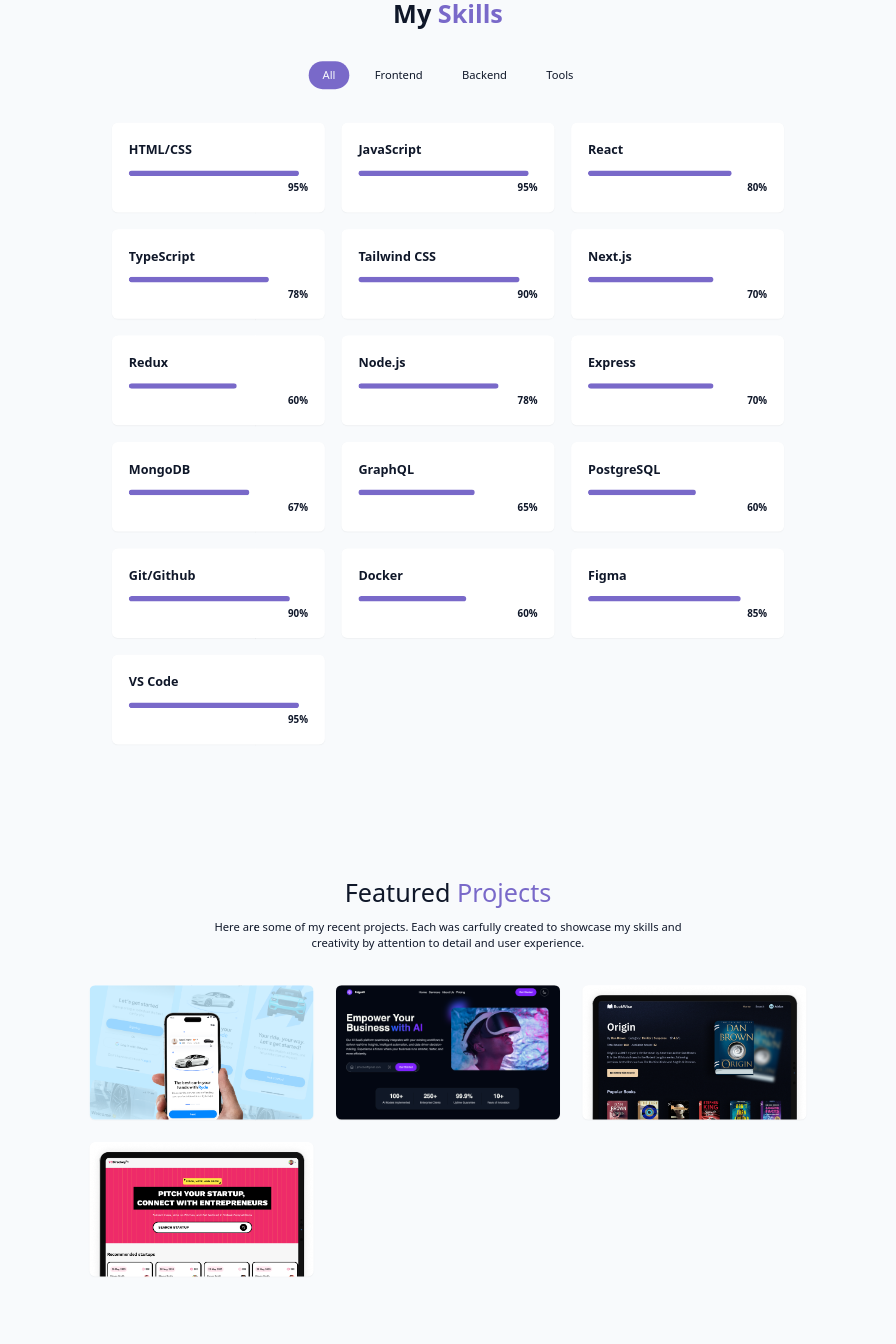
Repository: mOzariffard/Portfolio
Page: /
These files come from the project's save history. The page is drawn as it stood at one moment and after the next save; the edit follows.
The browser window is 1280 px wide. The pictures show the part of the page from y = 1648 to 3568 px (the page is 3568 px tall), at 70% of full size.
The project was rebuilt for these pictures with package versions that can differ from the ones it lists, and the page was loaded fresh each time. Also part of the build but not shown: vite.config.js, src/pages/NotFound.jsx.

Above is the page before, as saved 2025-06-29 19:48:41.

### src/App.jsx
import  Home from "./pages/Home"
import { BrowserRouter, Route, Routes } from "react-router-dom"
import NotFound from "./pages/NotFound"


function App() {

  return (
    <>
    <BrowserRouter>
    <Routes>
      <Route index element={<Home />} />
      <Route path="*" element={<NotFound />} />
    </Routes>
    </BrowserRouter>
    </>
  )
}

export default App

### src/pages/Home.jsx
import React from 'react'
import ThemeToggle from '@/components/ThemeToggle'
import StartBackground from '@/components/StartBackground'
import Navbar from '@/components/Navbar'
import HeroSection from '@/components/HeroSection'
import AboutSection from '@/components/AboutSection'
import SkillsSection from '@/components/SkillsSection'
import ProjectSection from '@/components/ProjectSection'

const Home = () => {
  return (
    <div className='min-h-screen bg-background text-foreground overflow-x-hidden'>
        {/*----------------Theme Toggle----------------*/}
        <ThemeToggle />
        {/*----------------Background Effects----------------*/}
        <StartBackground/>
        {/*----------------Nav Bar----------------*/}
        <Navbar/>
        {/*----------------Main Content----------------*/}
        <main>
        <HeroSection />
        <AboutSection />
        <SkillsSection />
        <ProjectSection />
        </main>
        {/*----------------Footer----------------*/}


    </div>
  )
}

export default Home

### src/components/ThemeToggle.jsx
import React, { useEffect, useState } from 'react'
import { Sun, Moon } from 'lucide-react'
import { cn } from '@/lib/utils';
const ThemeToggle = () => {
    const [isDarkMode, setIsDarkMode]= useState(false);

    useEffect(()=>{
        const storedTheme= localStorage.getItem('theme');
        if(storedTheme=== 'dark'){
            setIsDarkMode(true);
            document.documentElement.classList.add('dark');
        }else{
            localStorage.setItem('theme', 'light');
            setIsDarkMode(false);
        }
    },[])
    const toggleTheme=()=>{
        if(isDarkMode){
            document.documentElement.classList.remove('dark');
            localStorage.setItem('theme', 'light');
            setIsDarkMode(false);
        }else{
            document.documentElement.classList.add('dark');
            localStorage.setItem('theme', 'dark');
            setIsDarkMode(true);
        }
    }
  return (
    <button onClick={toggleTheme} className={cn(
        "fixed max-sm:hidden top-5 right-5 z-50 p-2 rounded-full transition-colors duration-300",
        "focus:outline-hidden")}>
        {isDarkMode ? <Sun className='h-6 w-6 text-yellow-300'/> : <Moon className='h-6 w-6 text-blue-900' />}
    </button>
  )
}

export default ThemeToggle

### src/components/StartBackground.jsx
import React, { useEffect, useState } from 'react'

// START has
// ID , SIZE , X , Y , OPACITY , ANIMATION DURATION
// METEOR has
// ID , SIZE , X , Y , DELAY , DURATION

const StartBackground = () => {
    const [stars,setStars]=useState([]);
    const [meteors,setMeteors]=useState([]);

    useEffect(()=>{
        generateStars();
        generateMeteors();

        const handleResize = ()=>{
            generateStars();
        };

        window.addEventListener('resize', handleResize);

        return ()=> window.removeEventListener('resize', handleResize);

    },[])

    const generateStars = () =>{
        const numbersOfStars = Math.floor(window.innerWidth * window.innerHeight /10000);

        const newStars=[];

        for(let i=0; i<numbersOfStars; i++){
            newStars.push({
                id: i,
                size: Math.random()* 3 + 1,
                x: Math.random()*100 ,
                y:  Math.random()*100,
                opacity: Math.random()*0.5 +0.5 ,
                animationDuration: Math.random()*4+2 ,
            });
        }

        setStars(newStars);
    };

    const generateMeteors = () =>{
        const numbersOfMeteors = 4;

        const newMeteors=[];

        for(let i=0; i<numbersOfMeteors; i++){
            newMeteors.push({
                id: i,
                size: Math.random()* 2 + 1,
                x: Math.random()* 100 ,
                y:  Math.random()* 20,
                delay: Math.random()* 15 ,
                animationDuration: Math.random()*3+3 ,
            });
        }

        setMeteors(newMeteors);
    };


  return (
    <div className='fixed inset-0 overflow-hidden pointer-events-none z-0 '>
        {stars.map((star)=>(
            <div
            key={star.id}
                className='star animate-pluse-subtle' style={{
                width:`${star.size}px` ,
                height: `${star.size}px`,
                left: `${star.x}%`,
                top: `${star.y}%`,
                opacity:`${star.opacity}` ,
                animationDuration: `${star.animationDuration}s`
            }} />
        ))}

        {meteors.map((meteor)=>(
            <div
            className='meteor animate-meteor'
            key={meteor.id}
            style={{
                width: `${meteor.size* 50}px`,
                height: `${meteor.size * 2}px`,
                left: `${meteor.x}%`,
                top: `${meteor.y}%`,
                animationDelay: `${meteor.delay}`,
                animationDuration: `${meteor.duration}s`
            }}
            />
        ))}
    </div>
  )
}

export default StartBackground

### src/components/Navbar.jsx
import React, { useState, useEffect } from 'react';
import { cn } from '@/lib/utils';
import { X , Menu } from 'lucide-react';

const navItems = [
    { name: 'Home', href: '#hero' },
    { name: 'About', href: '#about' },
    { name: 'Skills', href: '#skills' },
    { name: 'Project', href: '#project' },
    { name: 'Contact', href: '#contact' },
];

const Navbar = () => {
    const [isScrolled, setIsScrolled] = useState(false);
    const [isMenuOpen, setIsMenuOpen] = useState(false);

    useEffect(() => {
        const handleScroll = () => {
            setIsScrolled(window.scrollY > 10);
        };

        window.addEventListener('scroll', handleScroll);

        return () => window.removeEventListener('scroll', handleScroll);
    }, []);

    return (
        <nav
            className={cn(
                'fixed w-full z-40 transition-all duration-300',
                isScrolled ? 'py-3 bg-background/80 backdrop-blur-md shadow-xs' : 'py-6'
            )}
        >
            <div className="container flex items-center justify-between">
                <a href="#hero" className="text-xl font-bold text-primary flex items-center">
                    <span className="relative z-10">
                        <span className="text-glow text-foreground">mOzariffard</span> Portfolio
                    </span>
                </a>

                {/* DESKTOP NAV */}
                <div className="hidden md:flex space-x-6">
                    {navItems.map((item, key) => (
                        <a
                            key={key}
                            href={item.href}
                            className="text-foreground/80 hover:text-primary transition-colors duration-300"
                        >
                            {item.name}
                        </a>
                    ))}
                </div>

                {/* MOBILE NAV */}
                <button onClick={() => setIsMenuOpen((prev)=> !prev)}
                className='md:hidden p-2 text-foreground z-50'
                aria-label={!isMenuOpen ? 'Close Menu': 'Open Menu'}
                >
                {isMenuOpen ? <X size={24} /> : <Menu size={24} />}
                </button>

                <div
                    className={cn(
                        'fixed inset-0 bg-background/90 backdrop-blur-md z-40 flex flex-col items-center justify-center',
                        'transition-all duration-300 md:hidden',
                        isMenuOpen ? 'opacity-100 pointer-events-auto' : 'opacity-0 pointer-events-none'
                    )}
                >
                    <div className="flex flex-col space-y-8 text-xl">
                        {navItems.map((item, key) => (
                            <a
                                key={key}
                                href={item.href}
                                className="text-foreground/80 hover:text-primary transition-colors duration-300"
                                onClick={() => setIsMenuOpen(false)}
                            >
                                {item.name}
                            </a>
                        ))}
                    </div>
                </div>
            </div>
        </nav>
    );
};

export default Navbar;

### src/components/HeroSection.jsx
import { ArrowDown } from 'lucide-react'
import React from 'react'

const HeroSection = () => {
  return (
    <section className='relative min-h-screen flex flex-col items-center justify-center px-4'>
        <div className='container max-w-4xl mx-auto text-center z-10'>
            <div className='space-y-6'>
                <h1 className='text-4xl md:text-6xl font-bold tracking-tight'>
                <span className='opacity-0 animate-fade-in' >Hi, I'm</span>
                <span className='text-primary opacity-0 animate-fade-in-delay-1'> Reza</span>
                <span className='text-gradient ml-2 opacity-0 animate-fade-in-delay-2'> Zariffard</span>
                </h1>
                <p className='text-lg md:text-xl text-muted-foreground max-2-2xl mx-auto opacity-0 animate-fade-in-delay-3'>
                    I create steller web experiences with modern technologies.
                    Specializing in front-end development, I build intesfacet
                    that are both beautiful and functional.
                </p>
                <div className='pt-4 opacity-0 animate-fade-in-delay-4'>
                    <a href="#projects" className='cosmic-button'> View My Work</a>
                </div>
            </div>
        </div>

        <div className='absolute bottom-8 left-1/2 transform -translate-x-1/2 flex flex-col items-center animate-bounce'>
        <span className='text-sm text-muted-forgeround mb-2'> Scroll</span>
        <ArrowDown className='h-5 w-5 text-primary'/>
        </div>
    </section>
  )
}

export default HeroSection

### src/components/AboutSection.jsx
import React from 'react'
import { Briefcase, Code, User } from 'lucide-react'

const AboutSection = () => {
  return (
    <section id='about' className='py-24 px-4 relative'>
      <div className='container mx-auto max-w-5xl'>
        <h2 className='text-3xl md:text-4xl font-bold mb-12 text-center'>
          About <span className='text-primary'>Me</span>
        </h2>


      <div className='grid grid-cols-1 md:grid-cols-2 gap-12 items-center'>
       {/* LEFT SIDES OF ABOUT */}
        <div className='space-y-6'>
          <h3 className='text-2xl font-semibold'>
            Passionate Web Developer & Tech Creator
          </h3>

          <p className='text-muted-foreground'>
            With over 4 years of experience in Web development,
            I specialize in creating dynamic and responsive web applications.
            My journey began with a fascination for technology and a desire to
            build impactful digital solutions. I thrive on
            challenges and continuously seek to expand my skill set.
          </p>

          <p className='text-muted-foreground'>
            I'm passioate about creating elegant solutions to complex
            problems, and I enjoy collaborating with others to bring innovative.
            I'm constantly learning new technologes and techniques to stay at the forefont
            of the ever-evolving web development landscape.
          </p>

          <div className='flex flex-col sm:flex-row gap-4 pt-4 justify-center '>
          <a href="#contanct" className='cosmic-button'>
            Get In Touch
          </a>

          <a href="" className='px-4 py-2 rounded-full border border-primary text-primary hover:bg-primary/20 transition-colors duration-300'>
            Download CV
          </a>
        </div>
        </div>
        {/* RIGHT SIDES OF ABOUT */}

        <div className='grid grid-cols-1 gap-6'>
          {/* FIRST BOX OF ABOUT  PAGE */}
          <div className='gradient-border p-3 card-hover'>
           {/* POSITION OF ICON */}
            <div className='flex items-start gap-4'>
              <div className='p-3 rounded-full bg-primary/10'>
              <Code className='text-primary' />
              </div>
              {/* CONTENT OF LEFT SIDE OF ABOUT IN FIRST BOX  */}
              <div className='text-left'>
                <h4 className='font-semibold text-lg'> Web Development </h4>

                <p className='text-muted-foreground'>
                  Creating responsive and dynamic web applications using modern technologies like React, Node.js, and more.
                </p>
              </div>
            </div>
          </div>

           {/* SECOND BOX OF ABOUT  PAGE */}
          <div className='gradient-border p-3 card-hover'>
              {/* POSITION OF ICON */}
          <div className='flex items-start gap-4'>
              <div className='p-3 rounded-full bg-primary/10'>
              <User className='text-primary' />
              </div>
              {/* CONTENT OF LEFT SIDE OF ABOUT IN SECOND BOX  */}
              <div className='text-left'>
                <h4 className='font-semibold text-lg'> UI/UX Design  </h4>

                <p className='text-muted-foreground'>
                  Designing intuitive user interfaces and enhancing user experiences through thoughtful design principles and usability testing.
                </p>
              </div>
            </div>
          </div>
          {/* THIRD BOX OF ABOUT  PAGE */}
          <div className='gradient-border p-3 card-hover'>
              {/* POSITION OF ICON */}
             <div className='flex items-start gap-4'>
              <div className='p-3 rounded-full bg-primary/10'>
              <Briefcase className='text-primary' />
              </div>
              {/* CONTENT OF LEFT SIDE OF ABOUT IN THIRD BOX  */}
              <div className='text-left'>
                <h4 className='font-semibold text-lg'> Project Management</h4>

                <p className='text-muted-foreground'>
                Leading project teams to deliver high-quality software solutions on time and within budget.
                </p>
              </div>
            </div>
          </div>

            {/* FORTH BOX OF ABOUT  PAGE */}
            <div className='gradient-border p-3 card-hover'>
              {/* POSITION OF ICON */}
             <div className='flex items-start gap-4'>
              <div className='p-3 rounded-full bg-primary/10'>
              <Code className='text-primary' />
              </div>
              {/* CONTENT OF LEFT SIDE OF ABOUT IN FORTH BOX  */}
              <div className='text-left'>
                <h4 className='font-semibold text-lg'>Back-end Developement </h4>

                <p className='text-muted-foreground'>
                Building robust back-end systems and APIs to support front-end applications, ensuring data integrity and security.
                </p>
              </div>
            </div>
          </div>


        </div>
      </div>
      </div>
    </section>
  )
}

export default AboutSection

### src/components/SkillsSection.jsx
import React, { useState, useEffect } from 'react'
import {cn} from '@/lib/utils';
import CountUp from 'react-countup';

const skills = [
  // Frontend Skills
  {name: 'HTML/CSS', level: 95, category: 'frontend'},
  {name: 'JavaScript', level: 95, category: 'frontend'},
  {name: 'React', level: 80, category: 'frontend'},
  {name: 'TypeScript', level: 78, category: 'frontend'},
  {name: 'Tailwind CSS', level: 90, category: 'frontend'},
  {name: 'Next.js', level: 70, category: 'frontend'},
  {name: 'Redux', level: 60, category: 'frontend'},
  // Backend Skills
  {name: 'Node.js', level: 78, category: 'backend'},
  {name: 'Express', level: 70, category: 'backend'},
  {name: 'MongoDB', level: 67, category: 'backend'},
  {name: 'GraphQL', level: 65, category: 'backend'},
  {name: 'PostgreSQL', level: 60, category: 'backend'},
  // Tools Skills
  {name: 'Git/Github', level: 90, category: 'tools'},
  {name: 'Docker', level: 60, category: 'tools'},
  {name: 'Figma', level: 85, category: 'tools'},
  {name: 'VS Code', level: 95, category: 'tools'},
];

const categories = ['all', 'frontend', 'backend', 'tools'];

// Individual Skill Item Component
const SkillItem = ({ skill, index, isVisible }) => {
  const [animatedWidth, setAnimatedWidth] = useState(0);

  useEffect(() => {
    if (isVisible) {
      // Small delay for staggered animation
      const timer = setTimeout(() => {
        setAnimatedWidth(skill.level);
      }, index * 100);

      return () => clearTimeout(timer);
    } else {
      setAnimatedWidth(0);
    }
  }, [isVisible, skill.level, index]);

  return (
    <div className='bg-card p-6 rounded-lg shadow-xs card-hover'>
      <div className='text-left mb-4'>
        <h3 className='font-semibold text-lg'>{skill.name}</h3>
      </div>

      {/* SKILLS PROGRESS BAR */}
      <div className='w-full bg-secondary/50 h-2 rounded-full overflow-hidden'>
        <div
          className='bg-primary h-2 rounded-full origin-left transition-all duration-2000 ease-out'
          style={{
            width: `${animatedWidth}%`,
            transitionDelay: `${index * 100}ms`
          }}
        />
      </div>

      <div className='text-right mt-1'>
        <span className='text-sm font-semibold text-muted-foreground'>
          {isVisible ? (
            <CountUp
              end={skill.level}
              duration={2.5}
              delay={index * 0.1}
            />
          ) : 0}%
        </span>
      </div>
    </div>
  );
};

const SkillsSection = () => {
  const [activeCategory, setActiveCategory] = useState('all');
  const [isVisible, setIsVisible] = useState(false);

  const filteredSkills = skills.filter((skill) =>
    activeCategory === 'all' || skill.category === activeCategory
  );

  useEffect(() => {
    // Trigger animation when component mounts or category changes
    setIsVisible(false);
    const timer = setTimeout(() => {
      setIsVisible(true);
    }, 100);

    return () => clearTimeout(timer);
  }, [activeCategory]);

  return (
    <section id='skills' className='py-24 px-4 relative bg-secondary/30'>
      {/* CONTAINER OF SKILLS */}
      <div className='container mx-auto max-w-5xl'>
        <h2 className='text-3xl md:text-4xl font-bold mb-12 text-center'>
          My <span className='text-primary'> Skills </span>
        </h2>

        {/* CATEGORIES OF SKILLS */}
        <div className='flex flex-wrap justify-center gap-4 mb-12'>
          {categories.map((category, index) => (
            <button
              key={index}
              onClick={() => setActiveCategory(category)}
              className={cn(
                'px-5 py-2 rounded-full transition-colors duration-300 capitalize',
                activeCategory === category
                  ? 'bg-primary text-primary-foreground'
                  : 'bg-secondary/70 text-foreground hover:bg-secondary'
              )}
            >
              {category}
            </button>
          ))}
        </div>

        {/* ITEMS OF SKILLS */}
        <div className='grid grid-cols-1 sm:grid-cols-2 lg:grid-cols-3 gap-6'>
          {filteredSkills.map((skill, index) => (
            <SkillItem
              key={`${skill.name}-${activeCategory}`}
              skill={skill}
              index={index}
              isVisible={isVisible}
            />
          ))}
        </div>
      </div>
    </section>
  )
}

export default SkillsSection

### src/components/ProjectSection.jsx
import React from 'react'

const projects = [
    {
        id: 1,
        title: 'Ryde - Ride Sharing App',
        description: 'A ride sharing app connecting drivers with passengers.',
        image: '/images/project1.png',
        tag: ['ReactNative', 'Node.js', 'MongoDB'],
        demoUrl: "#",
        gitHubUrl: "#"
    },
    {
        id: 2,
        title: 'Saas - Landing Page',
        description: 'A landing page built with React and Tailwind.',
        image: '/images/project2.png',
        tag: ['React', 'Tailwind', 'Supabase'],
        demoUrl: "#",
        gitHubUrl: "#"
    },
    {
        id: 3,
        title: 'Bookwise - Book Store',
        description: 'An online bookstore application.',
        image: '/images/project3.png',
        tag: ['React', 'Node.js', 'MongoDB'],
        demoUrl: "#",
        gitHubUrl: "#"
    },

    {
        id:4 ,
        title: 'YC Dictionary - Dictionary App',
        description: ' A dictionary app providing word definitions and synonyms.',
        image:'/images/project4.png',
        tag: ['React', 'Tailwind', 'Node.js', 'MongoDB'],
        demoUrl: "#",
        gitHubUrl: "#"
    }
];

const ProjectSection = () => {
  return (
    <section id="projects" className='py-24 px-4 relative'>
         {/*HEADER OF PROJECT  */}
    <div className='contianer mx-auto max-w-5xl'>
        <h2 className='text-3xl md:text-4xl front-bold mb-4 text-center'> Featured
            <span className='text-primary'> Projects </span>
            </h2>

            <p className='text-center text-muted-foreground mb-12 max-w-2xl mx-auto'>
            Here are some of my recent projects. Each was carfully created to showcase
            my skills and creativity by attention to detail and user experience.
            </p>

            <div className='grid sm:grid-cols-1 md:grid-cols-2 lg:grid-cols-3 gap-8'>
                {projects.map((project,index)=>(
                    <div key={index} className='group bg-card rounded-lg overflow-hidden shadow-xs card-hover'>

                        <div className='h-48 overflow-hidden'>
                            <img src={project.image} alt={project.title} />
                        </div>

                    </div>
                ))}
            </div>
    </div>
    </section>
  )
}

export default ProjectSection

### src/lib/utils.js
import {clsx} from 'clsx';
import { twMerge } from 'tailwind-merge';



export const cn= (...inputs)=>{
    return twMerge(clsx(inputs));
}

Loaded but not shown: index.html (common file); src/main.jsx (common file); src/index.css (common file)

After the next save:
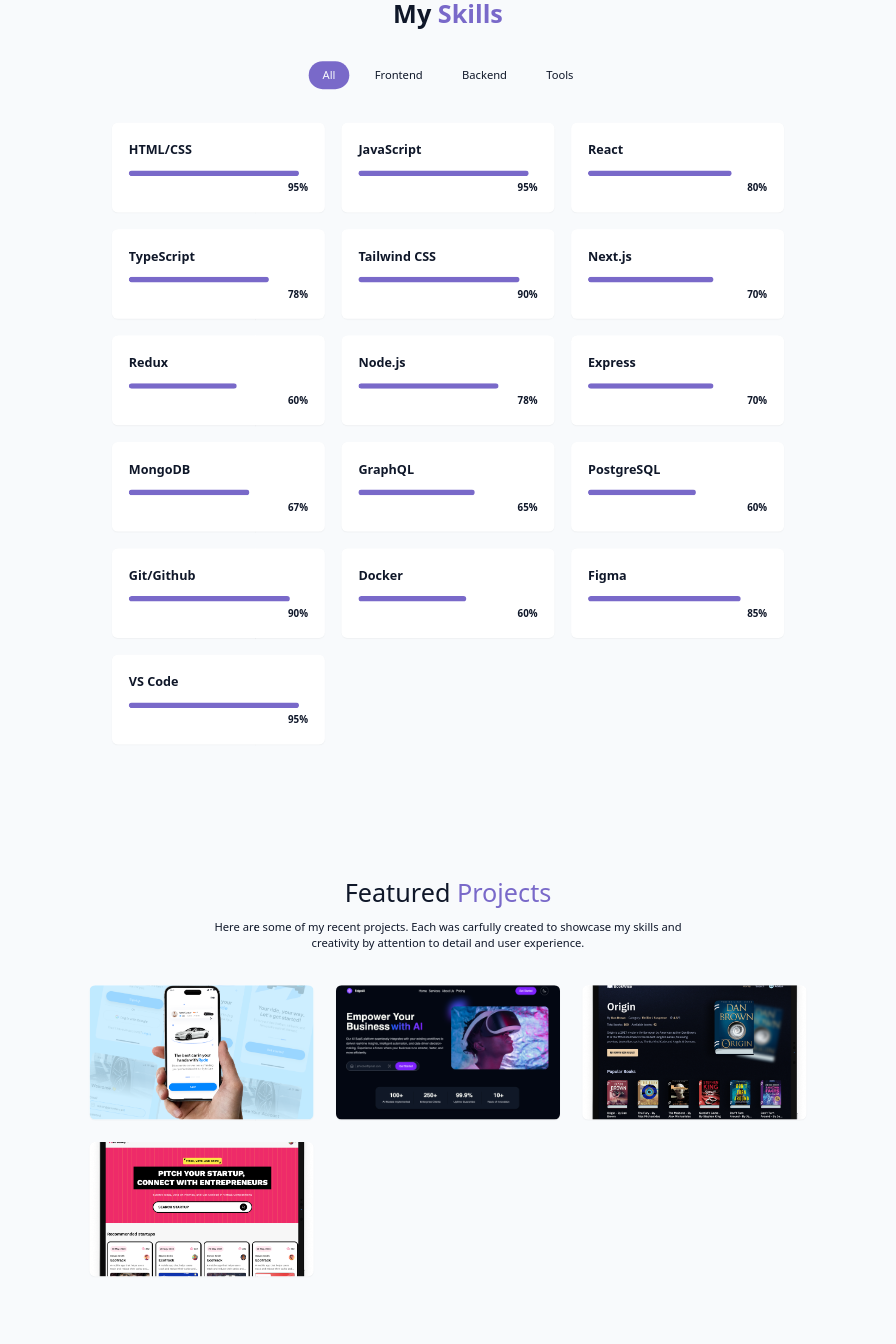
Saved 2 min 49 s later.
--- a/src/components/ProjectSection.jsx
+++ b/src/components/ProjectSection.jsx
@@ -59,7 +59,7 @@ const ProjectSection = () => {
                     <div key={index} className='group bg-card rounded-lg overflow-hidden shadow-xs card-hover'>
 
                         <div className='h-48 overflow-hidden'>
-                            <img src={project.image} alt={project.title} />
+                            <img src={project.image} alt={project.title} className='w-full h-full object-cover transmition-transform duration-500 group-hover:scale-110' />
                         </div>
 
                     </div>
